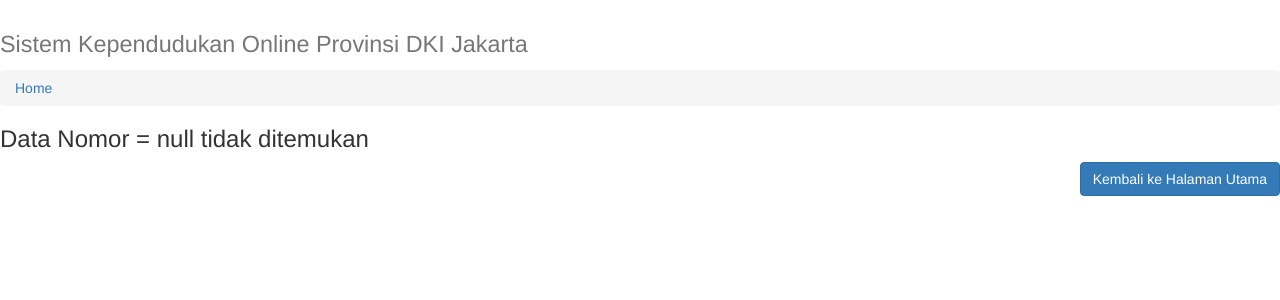
Repository: apap-2017/tugas1_1406544135
Page: http://localhost/sukses
An editor plug-in stored every save of this project. The page is shown before and after the next save, followed by the edit.
The browser window is 1280 px wide. The pictures show the whole page.
The page is this project's Thymeleaf template; nobody is signed in. The template is opened directly, without the code that normally fills it, so the values that code supplies are empty.

Above is the page before, as saved 2017-10-10 15:14:57.

### Tugas1_1406544135/src/main/resources/templates/sukses.html
<!DOCTYPE html>
<html xmlns:th="http://www.thymeleaf.org">
    <head>
		<title>Siduk DKI</title>
		<meta http-equiv="Content-Type" content="text/html; charset=UTF-8" />
	     <link href="../../static/css/bootstrap.min.css" rel="stylesheet" th:href="@{/css/bootstrap.min.css}" />
	</head>

    <body>
    	<section class="content-header">
			<h1>
				<small>Sistem Kependudukan Online Provinsi DKI Jakarta</small>
			</h1>
			<ol class="breadcrumb">
				<li><a th:href="@{/}">Home</a></li>
			</ol>
		</section>
       	<h3 th:text="'Data Nomor = ' + ${nomor}+ ' tidak ditemukan'">tidak ditemukan</h3>
		<div class="box-footer">
			<div class="pull-right">
				<a th:href="@{/}"
					class="btn btn-primary btn-block btn-flat">Kembali ke Halaman Utama</a>
			</div>
		</div>
    </body>
</html>

Loaded but not shown: Tugas1_1406544135/src/main/resources/static/css/bootstrap.min.css (library)

After the next save:
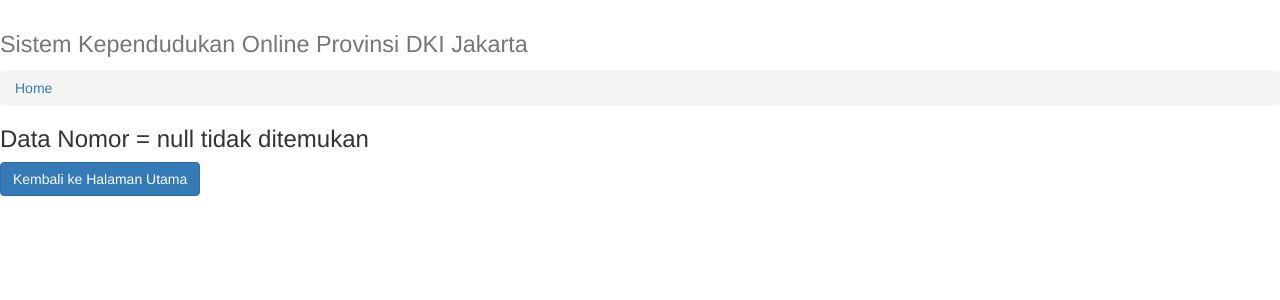
Saved 13 s later.
--- a/Tugas1_1406544135/src/main/resources/templates/sukses.html
+++ b/Tugas1_1406544135/src/main/resources/templates/sukses.html
@@ -17,7 +17,7 @@
 		</section>
        	<h3 th:text="'Data Nomor = ' + ${nomor}+ ' tidak ditemukan'">tidak ditemukan</h3>
 		<div class="box-footer">
-			<div class="pull-right">
+			<div class="pull-left">
 				<a th:href="@{/}"
 					class="btn btn-primary btn-block btn-flat">Kembali ke Halaman Utama</a>
 			</div>
